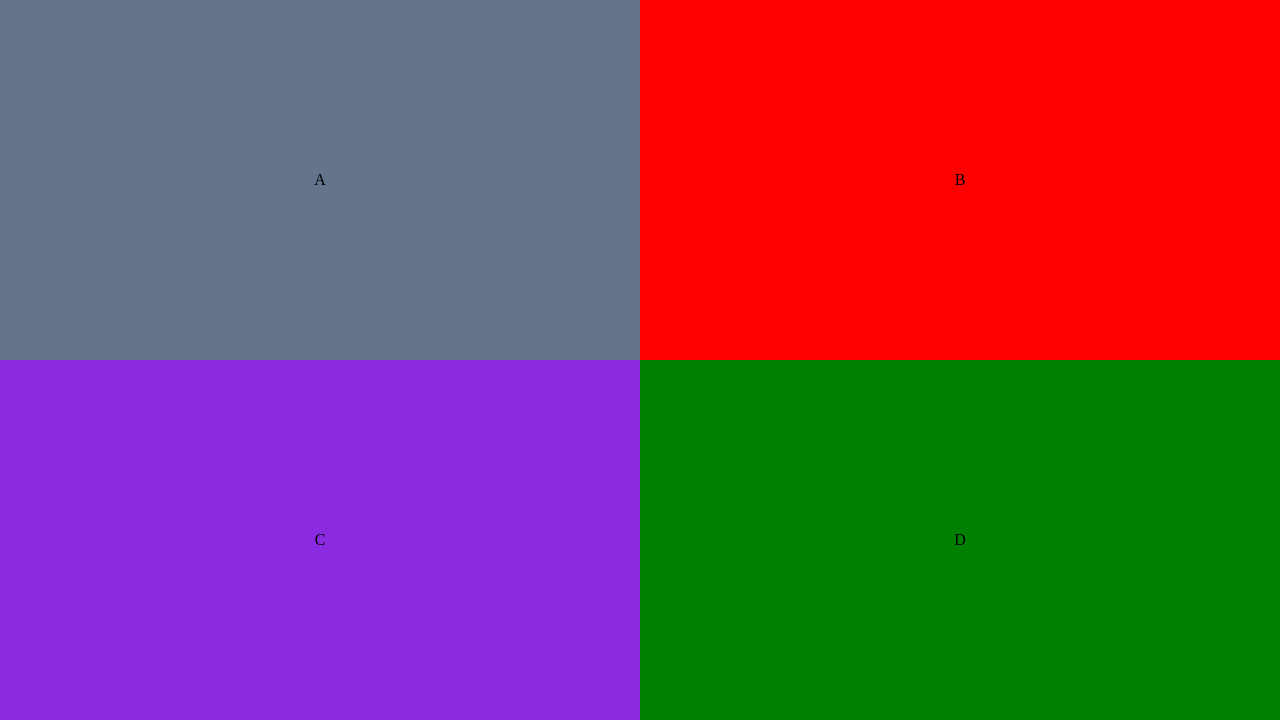
Repository: AriyiiA/ariyiia.github.io
Page: contact.html
The author's editor kept a copy of each file at every save. The page is drawn from the files as they stood at one save, then again after the next save.
The browser window is 1280 px wide. The pictures show the whole page.
Some web libraries are served in a nearby version.

Above is the page before, as saved 2023-03-10 11:46:48.

After the next save:
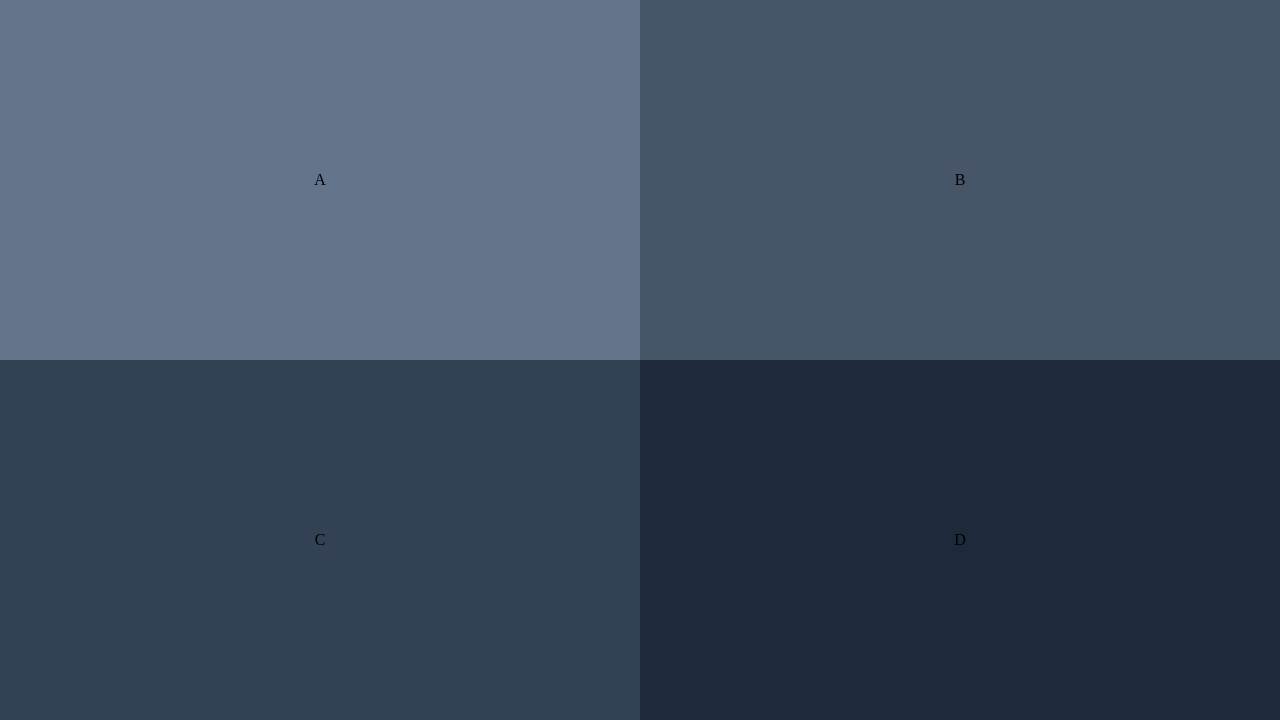
Saved 15 s later.
--- a/src/contact.css
+++ b/src/contact.css
@@ -24,19 +24,19 @@
     display: flex;
     justify-content: center;
     align-items: center;
-    background-color: red;
+    background-color: #475569;
 }
 .box3
 {
     display: flex;
     justify-content: center;
     align-items: center;
-    background-color: blueviolet;
+    background-color: #334155;
 }
 .box4
 {
     display: flex;
     justify-content: center;
     align-items: center;
-    background-color: green;
+    background-color: #1e293b;
 }
